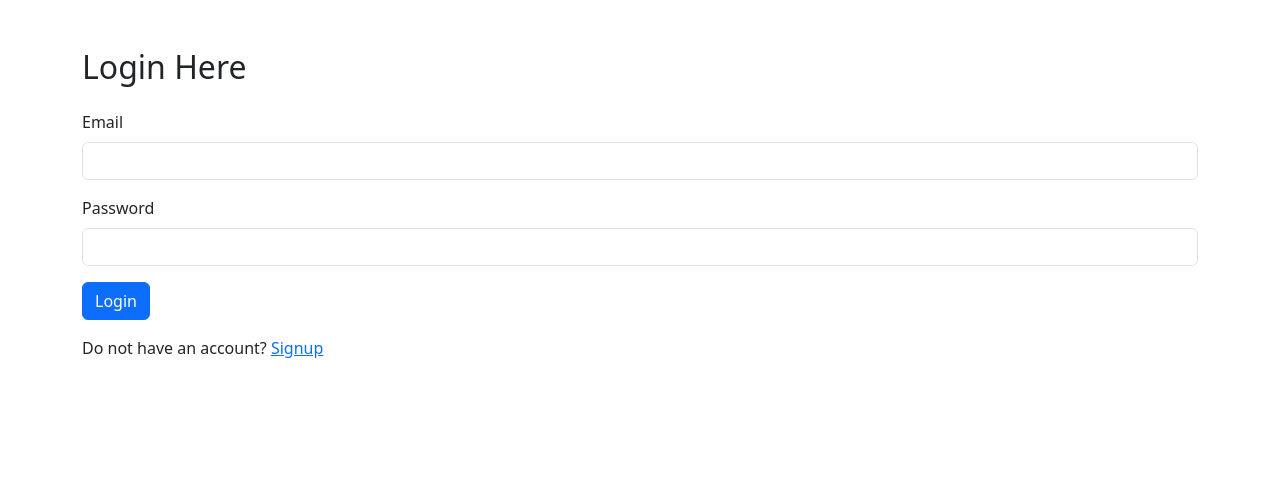
Repository: ineza2/workspace3
Page: http://localhost/studentRegistration/login.jsp
These files come from the project's save history. The page is drawn as it stood at one moment and after the next save; the edit follows.
The browser window is 1280 px wide. The pictures show the whole page.
The page is served by Tomcat 10. Nobody is signed in. The application's start-up code is not run.

Above is the page before, as saved 2024-02-16 06:03:33.

After the next save:
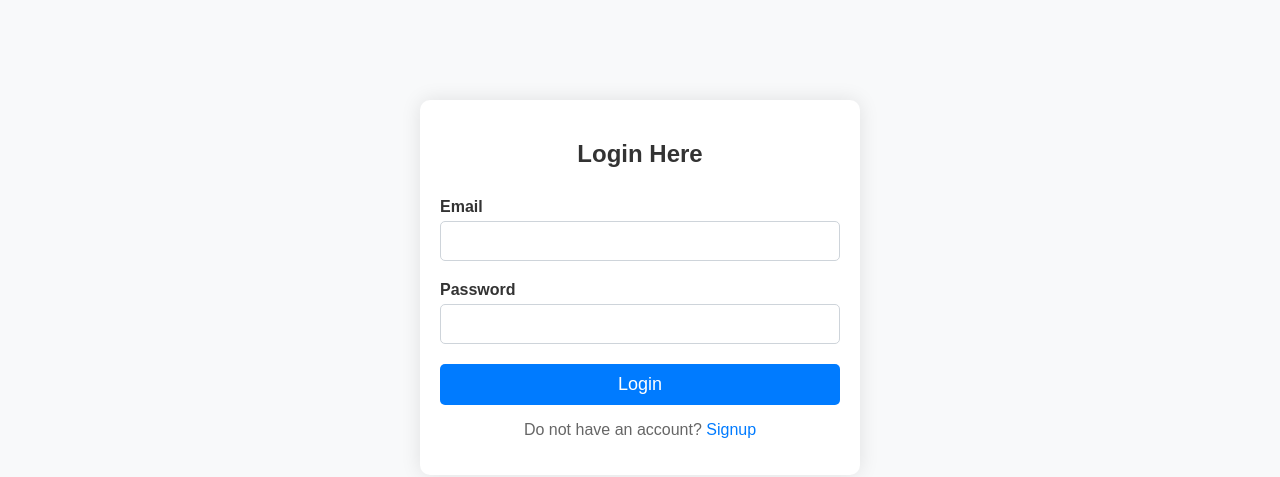
Saved 58 s later.
--- a/studentRegistration/src/main/webapp/login.jsp
+++ b/studentRegistration/src/main/webapp/login.jsp
@@ -2,11 +2,79 @@
 <html>
 <head>
     <title>Login</title>
-    <link rel="stylesheet" href="https://cdn.jsdelivr.net/npm/bootstrap@5.3.0/dist/css/bootstrap.min.css">
+    <style>
+        body {
+            background-color: #f8f9fa;
+            font-family: Arial, sans-serif;
+        }
+
+        .container {
+            max-width: 400px;
+            margin: 100px auto;
+            padding: 20px;
+            border-radius: 10px;
+            background-color: #fff;
+            box-shadow: 0 0 20px rgba(0, 0, 0, 0.1);
+        }
+
+        h2 {
+            text-align: center;
+            margin-bottom: 30px;
+            color: #333;
+        }
+
+        .form-label {
+            font-weight: bold;
+            color: #333;
+        }
+
+        .form-control {
+            width: 100%;
+            padding: 10px;
+            margin-top: 5px;
+            margin-bottom: 20px;
+            border: 1px solid #ced4da;
+            border-radius: 5px;
+            font-size: 16px;
+        }
+
+        .btn {
+            width: 100%;
+            padding: 10px;
+            border: none;
+            border-radius: 5px;
+            font-size: 18px;
+            cursor: pointer;
+            transition: background-color 0.3s ease;
+        }
+
+        .btn-primary {
+            background-color: #007bff;
+            color: #fff;
+        }
+
+        .btn-primary:hover {
+            background-color: #0056b3;
+        }
+
+        .mt-3 {
+            text-align: center;
+            color: #666;
+        }
+
+        .mt-3 a {
+            color: #007bff;
+            text-decoration: none;
+        }
+
+        .mt-3 a:hover {
+            text-decoration: underline;
+        }
+    </style>
 </head>
 <body>
-    <div class="container mt-5">
-        <h2 class="mb-4">Login Here</h2>
+    <div class="container">
+        <h2>Login Here</h2>
         <form action="LoginServlet" method="post">
             <div class="mb-3">
                 <label for="email" class="form-label">Email</label>
@@ -20,6 +88,5 @@
         </form>
         <p class="mt-3">Do not have an account? <a href="signup.jsp">Signup</a></p>
     </div>
-    <script src="https://cdn.jsdelivr.net/npm/bootstrap@5.3.0/dist/js/bootstrap.bundle.min.js"></script>
 </body>
 </html>
